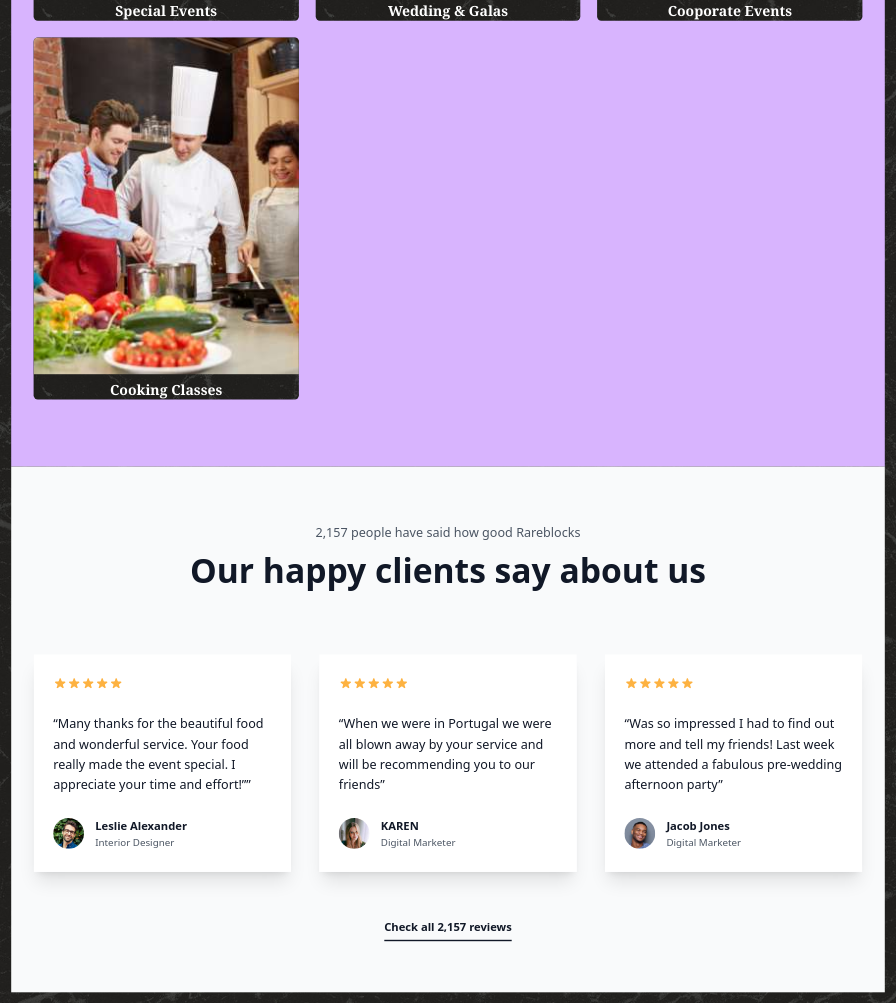
Repository: remydev47/alanzo
Page: /
An editor plug-in stored every save of this project. The page is shown before and after the next save, followed by the edit.
The browser window is 1280 px wide. The pictures show the part of the page from y = 3412 to 5332 px (the page is 4845 px tall before and 5332 px after), at 70% of full size.
The project was rebuilt for these pictures with package versions that can differ from the ones it lists, and the page was loaded fresh each time. The framework's server and built-in components were replaced by stand-ins that run in the browser. Also part of the build but not shown: next.config.js, components/Menu.tsx, components/CTA.tsx.

Above is the page before, as saved 2022-12-17 14:00:10.

### pages/_app.tsx
import '../styles/globals.css'
import type { AppProps } from 'next/app'
import Navbar from '../components/Navbar'

function MyApp({ Component, pageProps }: AppProps) {
  return (
    <>

      <Component {...pageProps} />
    </>
  )
}

export default MyApp

### pages/index.tsx
import type { NextPage } from 'next'
import Head from 'next/head'
import Image from 'next/image'
import { Aboutus, Catering, Consulting, Hero, Services, Testimonials } from '../components'
import Navbar from '../components/Navbar'


const Home: NextPage = () => {
  return (
    <div className="bg-[url('/images/bg_2.jpg')]">
      <Head>
        <title>Avantos</title>
        <link rel="icon" href="/favicon.ico" />
      </Head>
      <Navbar />
      <div className='py-4 px-4'>
      <Hero />
      <Services />
      <Aboutus />
      <Consulting />
      <Catering/>
      <Testimonials/>
      </div>

    </div>
  )
}

export default Home

### components/index.ts
import Hero from "./Hero";
import Services from "./Services";
import Aboutus from "./Aboutus";
import Consulting from "./Consulting";
import Catering from "./Catering";
import Menu from "./Menu";
import Testimonials from "./Testimonials";
import CTA from "./CTA";
import Footer from "./Footer";

export {
    Hero, Services, CTA, Catering, Consulting, Footer, Menu, Aboutus, Testimonials
}

### components/Navbar.tsx
import React from 'react';
import { navLinks } from '../constants';
import Menupopover from './Menupopover';
import Image from 'next/image';
import Logo from './Logo';
import { Button } from './Button';

const Navbar = () => {
  return (
    <header className="fixed inset-x-0 bg-[url('/images/bg_2.jpg')] z-20 flex justify-between items-center py-2 px-2 shadow-lg dark:bg-slate-900 sm:py-3 sm:px-8">
            <div className='flex grow-0 basis-1/3 md:hidden'>
                <Menupopover />
            </div>

             <div className='flex grow-0 ml-2 justify-center md:justify-start'>
                <Logo />

            </div>


            <ul className="list-none sm:flex hidden justify-end items-center flex-1">
            {navLinks.map((nav, index) => (
                <li
                key={nav.id}
                className={`font-bold cursor-pointer text-[16px]
                   ${index === navLinks.length - 1 ? 'mr-0' : 'mr-10'}
                  text-white `}
                >
                    <a>{nav.title}</a>
                </li>
            ))}
           </ul>


        </header>
  )
}

export default Navbar

### components/Hero.tsx
import React from 'react'

const Hero = () => {
  return (
    <section className='relative pt-48 pb-12 xl:pt-60 sm:pb-16 lg:pb-32 xl:pb-48 2xl:pb-56'>
    <div className="absolute inset-0">
     <img className="object-cover w-full h-full" src="/images/hero.jpg" alt="" />
    </div>
   <div className='relative'>
    <div className="px-6 mx-auto sm:px-8 lg:px-12 max-w-7xl">
      <div className="w-full lg:w-2/3 xl:w-1/2">
        <h1 className="font-serif text-xl font-bold tracking-tight text-white text-opacity-70 text-center">Proffesional Catering Services</h1>
        <p className="mt-6 tracking-tighter text-[#656b72]">
          <span className="font-sans font-bold text-6xl">WELCOME TO OUR </span><br />
          <span className="font-serif italic font-BOLD text-7xl">WORLD CLASS CHEF</span>
        </p>
        <p className="mt-8 font-erif text-xl font-serif text-[#fff]">
          Hiring A Proffesional Chef for Family Dinners & Gatherings, Date Nights & Branchs, Parties & Get-togethers, and even Meal for entire Families !
        </p>
      </div>
    </div>
   </div>
  </section>
  )
}

export default Hero

### components/Services.tsx
import React from 'react'
import styles from '../styles'

const Services = () => {
  return (
    <section className={`${styles.paddings} bg-[url('/images/bg_2.jpg')] sm:py-16 lg:py-24`}>
      <div className="px-4 mx-auto max-w-7xl sm:px-6 lg:px-8">
       <div className="max-w-2xl mx-auto text-center">
        <h2 className="text-xl font-bold font-serif leading-tight text-white lg:text-3xl">What We Offer</h2>
       </div>

       <div className="grid max-w-md grid-cols-1 gap-6 mx-auto mt-8 text-center lg:max-w-full lg:mt-16 lg:grid-cols-3">

        <div className="overflow-hidden bg-[url('/images/bg-3.jpg')] shadow-xl border-gray-300 rounded-md">
          <div className="p-8 xl:px-12 flex flex-col items-center justify-center">
             <div className='flex flex-col'>
               <h1 className='text-3xl font-semibold text-[#fff]'>Catering Services</h1>
             </div>
             <h2 className='font-normal text-xl font-serif text-black text-center mt-2'>
               Wouldn't you Like to be a Guest at your own Party !
             </h2>
             <p className='text-xl text-black text-center font-bold'>
               MON-FRI: 08:00-21:00
             </p>
             <p className='text-xl text-gray-500 text-center font-bold'>
               SAT-SUN: 10:00-17:00
             </p>
          </div>
        </div>

        <div className="overflow-hidden bg-[url('/images/bg-4.jpg')] shadow-xl border-gray-300 rounded-md">
          <div className="p-8 xl:px-12 flex flex-col items-center justify-center">
             <div className='flex flex-col'>
               <h1 className='text-3xl font-semibold text-[#fff]'>Table Ready Meals</h1>
             </div>
             <h2 className='font-normal text-xl font-serif text-black text-center mt-2'>
               Are You Busy To Cook ? Give Us A Call
             </h2>
             <p className='text-xl text-black text-center font-bold'>
               MON-FRI: 08:00-21:00
             </p>
             <p className='text-xl text-gray-500 text-center font-bold'>
               SAT-SUN: 10:00-17:00
             </p>
          </div>
        </div>

        <div className="overflow-hidden bg-[url('/images/bg-5.jpg')] shadow-xl border-gray-300 rounded-md">
          <div className="p-8 xl:px-12 flex flex-col items-center justify-center">
             <div className='flex flex-col'>
               <h1 className='text-3xl font-semibold text-[#fff]'>Services Menu</h1>
             </div>
             <h2 className='font-normal text-xl font-serif text-black text-center mt-2'>
               Look at Our Serviced Menu !
             </h2>
             <p className='text-xl text-black text-center font-bold'>
               MON-FRI: 08:00-21:00
             </p>
             <p className='text-xl text-gray-500 text-center font-bold'>
               SAT-SUN: 10:00-17:00
             </p>
          </div>
        </div>



       </div>
      </div>
    </section>
  )
}

export default Services

### components/Aboutus.tsx
import React from 'react'

const Aboutus = () => {
  return (
    <section className="py-6 bg-[#fff] sm:py-16 lg:py-24">
      <div className="max-w-5xl px-4 mx-auto sm:px-6 lg:px-8">
       <div className="grid items-center grid-cols-1 gap-y-6 md:grid-cols-2 md:gap-x-20">
          <div className="">
                <h1 className='text-4xl font-semibold text-black text-center'>EXPERIENCE THE SUBLIME!</h1>
                <h2 className="text-4xl font-bold leading-tight text-black sm:text-4xl lg:text-4xl">
                  <img src='/images/spoon.png' />
                </h2>
                <p className="mt-4 text-base font-serif leading-relaxed text-gray-600 font-semibold">
                 Chef Alanzo prepares and serves exquisite dinners to parties from two to 200 at your home, business or private catering event. His blend of French-Mediterranean cuisine draws on a lifetime of skills and the knowledge that all meals, no matter how large or how small, are special events among family and friends
                </p>
          </div>
          <div className=" pl-20 pr-6 sm:pl-6 md:px-0">
                <div className="relative w-full max-w-xs mt-4 mb-10 ml-auto">
                 <img className="relative -top-4 -left-4" src="/images/bg-8.png" alt="" />



                    <div className="absolute -bottom-10 -left-16 m-2">


                          <div className="px-8 py-8 bg-[url('/images/bg_2.jpg')]">
                               <span className="block text-4xl font-bold text-yellow-500 lg:text-5xl"> 50+ </span>
                                <span className="block mt-2 text-base leading-tight text-yellow-500"> Team<br />Member</span>
                            </div>
                    </div>
                </div>
            </div>
       </div>
      </div>
    </section>
  )
}

export default Aboutus

### components/Consulting.tsx
import React from 'react'
import { conLinks } from '../constants'

const Consulting = () => {
  return (
    <section className="mt-16 relative py-10 overflow-hidden sm:py-16 lg:py-24 xl:py-32">
    <div className="absolute inset-0">
      <img className="object-cover w-full h-full md:object-left md:scale-150 md:origin-top-left" src="/images/welcome.png" alt="" />
   </div>
  <div className="relative px-4 mx-auto sm:px-6 lg:px-8 max-w-7xl">
     <div className="text-center md:w-2/3 lg:w-1/2 xl:w-1/3 md:text-left">
         <h2 className="text-3xl font-bold leading-tight text-black sm:text-4xl lg:text-5xl">Restaurant Consulting services</h2>
         <p className="mt-4 text-2xl text-[#fff] font-serif font-semibold">
          Alanzo, along with his team, offers culinary and management services. We have the experience to provide concept development strategies and best practice principles in order to achieve maximum sales performance.
         </p>
      </div>


  </div>
  </section>
  )
}

export default Consulting

### components/Catering.tsx
import React from 'react'

const services=[

  {
    image:'/images/7.jpg',
    title:'Special Events',
    description:'',
  },
  {
    image:'/images/6.jpg',
    title:'Wedding & Galas',
    description:'',
  },
  {
    image:'/images/5.jpg',
    title:'Cooporate Events',
    description:'',
  },
  {
    image:'/images/8.jpg',
    title:'Cooking Classes',
    description:'',
  },
]

const Catering = () => {
  return (
    <section className="bg-purple-300 sm:py-16 lg:py-24">
      <div className="px-4 mx-auto max-w-7xl sm:px-6 lg:px-8">
       <div className="max-w-2xl mx-auto text-center">
        <h2 className="italic font-serif text-4xl leading-tight text-gray-600">Featured Services</h2>
       </div>
       <div className="grid max-w-md grid-cols-1 gap-6 mx-auto mt-8 text-center lg:max-w-full lg:mt-16 lg:grid-cols-3">
        {services.map((item, i) => (
          <div className="overflow-hidden bg-[url('/images/bg_2.jpg')] border-gray-300 rounded-md">
            <div className="flex flex-col items-center justify-center">

              <img
               src={item.image}
               className="w-full"
             />

             <h2 className='font-bold font-serif text-xl text-white text-center mt-2'>
               {item.title}
             </h2>
             <p className='text-xl font-serif text-gray-300 text-center '>
              {item.description}
             </p>
            </div>
          </div>
        ))}
       </div>


      </div>
    </section>
  )
}

export default Catering

### constants/index.ts
export const navLinks =[
    {
        id:"menu",
        title:"MENU",
    },
    {
        id:"services",
        title:"SERVICES",
    },
    {
        id:"privatechef",
        title:"PRIVATE CHEF",
    },
    {
        id:"catering",
        title:"CATERING",
    },
    {
        id:"aboutus",
        title:"ABOUT",
    },
    {
        id:"contacts",
        title:"CONTACTS",
    },
]

export const conLinks =[
    {
        id:"discover",
        title:'DISCOVER',
    },
    {
        id:"plan",
        title:'PLAN',
    },
    {
        id:"design",
        title:'DESIGN',
    },
    {
        id:"organise",
        title:'ORGANISE',
    },
    {
        id:"grow",
        title:'GROW',
    },
]

### components/Menupopover.tsx
import React, {useState, Fragment} from 'react';
import { navLinks } from '../constants';
import { IconButton, Button } from './Button';
import { Transition, Dialog } from '@headlessui/react';
import Logo from './Logo';
import Image from 'next/image';

const Menupopover = () => {
  const [isOpen, setIsOpen] = useState(false)

  return (
    <div>
    <IconButton
      variant='ghost'
      aria-label='menu'
      onClick={() => setIsOpen(!isOpen)}
    >
      <svg className='w-6 h-6 ' fill='none' stroke='currentColor'>
        <path
          strokeLinecap='round'
          strokeLinejoin='round'
          strokeWidth={2}
          d='M4 6h16M4 12h16M4 18h16'
        />
      </svg>
    </IconButton>
    <Transition
      show={isOpen}
      appear
      as={Fragment}
      enter='transform transition ease-in-out duration-300'
      enterFrom='-translate-x-full'
      enterTo='translate-x-0'
      leave='transform transition ease-in-out duration-300 delay-200'
      leaveFrom='translate-x-0'
      leaveTo='-translate-x-full'
     >
     <Dialog
       as='div'
       className={`fixed inset-0 z-50`}
       onClose={setIsOpen}
       open={isOpen}
       >
       <Transition.Child
         as={Fragment}
         enter='ease-out duration-300 delay-300'
         enterFrom='opacity-0'
         enterTo='opacity-100'
         leave='ease-in duration-200'
         leaveFrom='opacity-100'
         leaveTo='opacity-0'
       >

        <Dialog.Overlay
          className={`fixed inset-0 bg-black/20 backdrop-blur-sm dark:bg-gray-900/80`}
         />
      </Transition.Child>
       <div className={styles.dialogcontainer}>
        <a className='mx-auto mt-4 flex w-[140px] '>
          <Logo />
        </a>
        <ul
            className={styles.navWrapper2}
         >
            {navLinks.map((nav, index) => (
                <li
                 key={nav.id}
                 className={` font-bold cursor-pointer text-[16px]
                  mt-2 border-t border-slate-200 py-4 dark:border-slate-600
                  ${index === navLinks.length - 1 ? 'mr-0' : 'mb-4'}
                  text-white `}
                >
                 <a href={`#${nav.id}`}>
                    {nav.title}
                 </a>
                </li>
             ))}
         </ul>

        <IconButton
          variant='ghost'
          aria-label='close menu'
          className='absolute top-5 right-5'
          onClick={() => setIsOpen(false)}
        >
          <svg
            viewBox='0 0 10 10'
            className='h-2.5 w-2.5 overflow-visible'
            aria-hidden='true'
          >
            <path
                d='M0 0L10 10M10 0L0 10'
                fill='none'
                stroke='currentColor'
                strokeWidth='2'
                strokeLinecap='round'
              />
          </svg>
        </IconButton>
       </div>
     </Dialog>
    </Transition>
  </div>
  )
}

export default Menupopover;

const styles ={
  dialogcontainer:`fixed top-0 bottom-0 left-0 w-full max-w-xs rounded-r-xl bg-[url('/images/bg_2.jpg')]  p-6 shadow-lg dark:bg-gray-800`,
  menuitems:`group relative flex h-9 items-center oveflow-hidden rounded-md hover:bg-slate-200/50`,
  navWrapper2:`list-none flex flex-col justify-end items-center flex-1`,
}

### components/Logo.tsx
import React from 'react'
import Image from 'next/image'

const Logo = () => {
  return (
    <div>
      <Image
        src='/images/logo.png'
        alt='Alanzo'
        height={60}
        width={150}
      />
    </div>
  )
}

export default Logo

### styles/index.ts
const styles = {
    innerWidth: '2xl:max-w-[1280px] w-full',
    interWidth: 'lg:w-[80%] w-[100%]',

    paddings: 'sm:p-16 xs:p-8 px-6 py-12',
    yPaddings: 'sm:py-16 xs:py-8 py-12',
    xPaddings: 'sm:px-16 px-6',
    topPaddings: 'sm:pt-16 xs:pt-8 pt-12',
    bottomPaddings: 'sm:pb-16 xs:pb-8 pb-12',

    flexCenter: 'flex justify-center items-center',
    flexStart: 'flex justify-start items-start',
    flexEnd: 'flex justify-end',
    navPadding: 'pt-[98px]',

    // hero section
    heroHeading:
        'font-bold lg:text-[144px] md:text-[100px] sm:text-[60px] text-[44px] lg:leading-[158.4px] md:leading-[114.4px] sm:leading-[74.4px] leading-[64.4px] uppercase text-white',
    heroDText:
        'md:w-[212px] sm:w-[80px] w-[60px] md:h-[108px] sm:h-[48px] h-[38px] md:border-[18px] border-[9px] rounded-r-[50px] border-white sm:mx-2 mx-[6px]',
  };

  export default styles;

### components/Button/index.tsx
import React, { forwardRef } from "react";
//import { __DEV__ } from "../../utils/assertions";

type BaseButtonProps = Omit<React.HTMLProps<HTMLButtonElement>, "size">;

/* === Button Element === */

export interface ButtonProps extends BaseButtonProps {
  children: React.ReactNode;
  fullWidth?: boolean;
  className?: string;
  variant?: "solid" | "outline" | "ghost";
  size?: "sm" | "md" | "lg";
  as?: string;
  isExternal?: boolean;
  type?: "button" | "submit" | "reset";
}

export const Button = forwardRef<HTMLButtonElement, ButtonProps>(
  (
    {
      children,
      variant = "solid",
      size = "md",
      fullWidth = false,
      className,
      as = "button",
      isExternal = false,
      ...rest
    },
    ref
  ) => {
    let tempClassNames: string[] = [];

    const sharedClasses = [
      "capitalize",
      "focus:outline-none",
      "focus:ring-2",
      "focus:ring-indigo-400",
      "focus:ring-offset-2",
      "focus:ring-offset-indigo-50",
      "font-semibold",
      "rounded-full",
      "inline-flex",
      "flex-shrink-0",
      "items-center",
      "justify-center",
      "transition-colors",
      "ease-in-out",
      "duration-500",
    ];

    if (fullWidth) sharedClasses.push("w-full");

    // handle variants
    let btnSolid = ["bg-indigo-600", "hover:bg-indigo-700", "text-white"];
    let btnOutline = [
      "dark:text-white",
      "hover:text-indigo-700",
      "hover:dark:text-indigo-700",
      "bg-transparent",
      "hover:bg-indigo-50",
      "border",
      "border-indigo-600",
    ];
    let btnGhost = [
      "bg-transparent",
      "dark:text-white",
      "hover:bg-indigo-50",
      "hover:text-indigo-700",
      "hover:dark:text-indigo-700",
    ];

    if (variant === "solid") {
      tempClassNames = [...sharedClasses, ...btnSolid];
    } else if (variant === "outline") {
      tempClassNames = [...sharedClasses, ...btnOutline];
    } else if (variant === "ghost") {
      tempClassNames = [...sharedClasses, ...btnGhost];
    }

    // handle sizes
    let sizeSm = ["h-8", "px-2", "text-sm"];
    let sizeMd = ["h-10", "px-3"];
    let sizeLg = ["h-12", "px-4", "text-lg"];

    if (size === "sm") {
      tempClassNames = [...tempClassNames, ...sizeSm];
    } else if (size === "md") {
      tempClassNames = [...tempClassNames, ...sizeMd];
    } else if (size === "lg") {
      tempClassNames = [...tempClassNames, ...sizeLg];
    }

    let classes = tempClassNames.join(" ");

    let Element = as ? (
      React.createElement(
        as,
        {
          className: `${classes} ${className}`,
          target: isExternal ? "_blank" : undefined,
          rel: isExternal ? "noopener noreferrer" : undefined,
          ref,
          ...rest,
        },
        children
      )
    ) : (
      <button {...rest} className={`${classes} ${className}`} ref={ref}>
        {children}
      </button>
    );

    return Element;
  }
);

// if (__DEV__) {
//   Button.displayName = "Button";
// }

/* === IconButton Element === */

export interface IconButtonProps extends ButtonProps {
  icon?: React.ReactElement;
  "aria-label": string;
}

export const IconButton = forwardRef<HTMLButtonElement, IconButtonProps>(
  (
    {
      children,
      icon,
      className,
      "aria-label": ariaLabel,
      size = "md",
      ...rest
    },
    ref
  ) => {
    let sharedClasses = ["rounded-full", "!px-0"];

    // handle sizes
    let sizeSm = ["w-8"];
    let sizeMd = ["w-10"];
    let sizeLg = ["w-12"];

    if (size === "sm") {
      sharedClasses = [...sharedClasses, ...sizeSm];
    } else if (size === "md") {
      sharedClasses = [...sharedClasses, ...sizeMd];
    } else if (size === "lg") {
      sharedClasses = [...sharedClasses, ...sizeLg];
    }

    /**
     * Passing the icon as prop or children should work
     */
    const element = icon || children;
    const _children = React.isValidElement(element)
      ? React.cloneElement(element as any, {
          "aria-hidden": true,
          focusable: false,
        })
      : null;

    let classes = sharedClasses.join(" ");
    return (
      <Button
        className={`${classes} ${className}`}
        aria-label={ariaLabel}
        size={size}
        {...rest}
        ref={ref}
      >
        {_children}
      </Button>
    );
  }
)

Loaded but not shown: styles/globals.css (common file); tailwind.config.js (22 lines, source omitted); components/Testimonials.tsx (173 lines, source omitted); components/Footer.tsx (292 lines, source omitted)

After the next save:
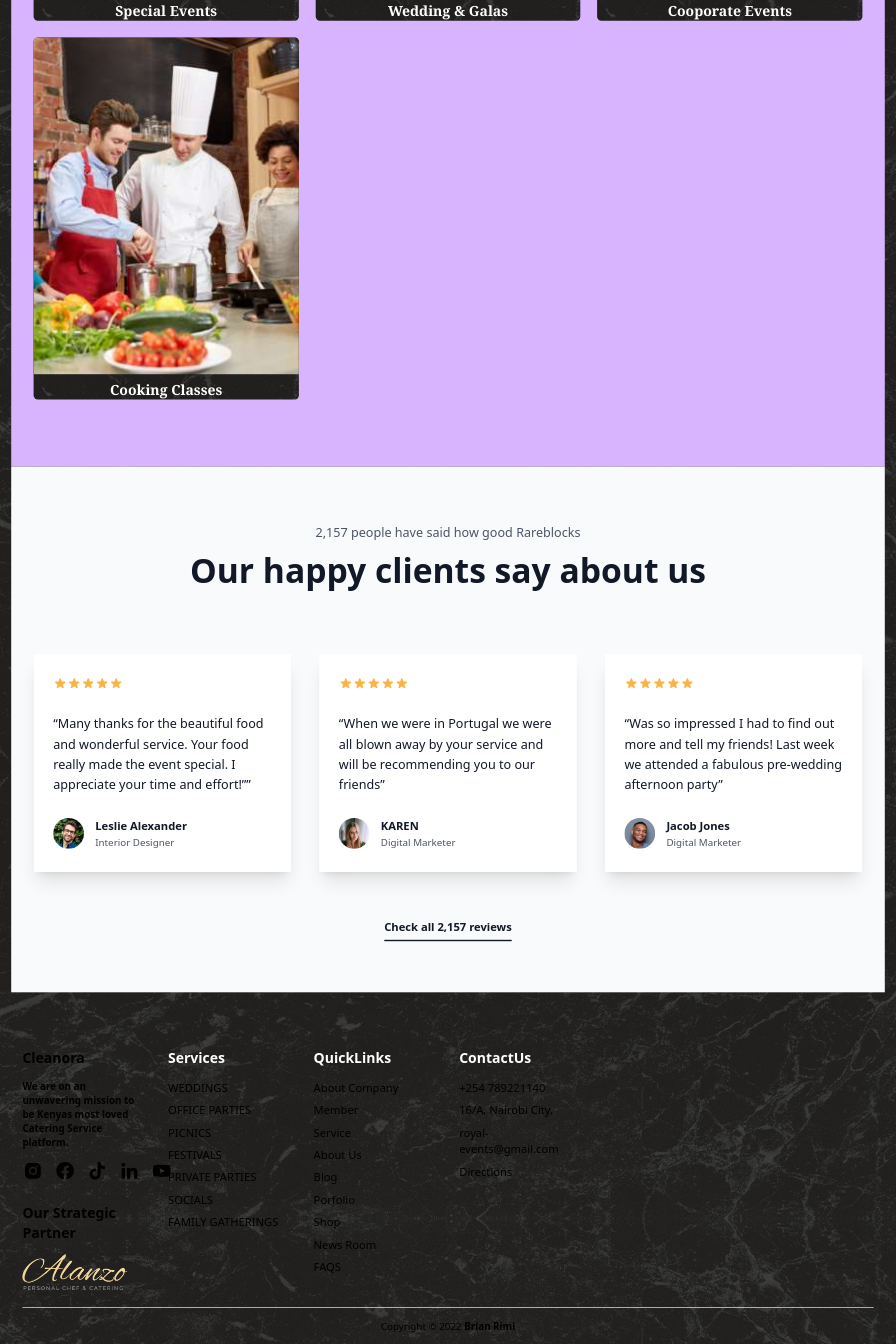
Saved 20 s later.
--- a/pages/index.tsx
+++ b/pages/index.tsx
@@ -1,7 +1,7 @@
 import type { NextPage } from 'next'
 import Head from 'next/head'
 import Image from 'next/image'
-import { Aboutus, Catering, Consulting, Hero, Services, Testimonials } from '../components'
+import { Aboutus, Catering, Consulting, Footer, Hero, Services, Testimonials } from '../components'
 import Navbar from '../components/Navbar'
 
 
@@ -21,7 +21,7 @@
       <Catering/>
       <Testimonials/>
       </div>
-
+     <Footer />
     </div>
   )
 }
